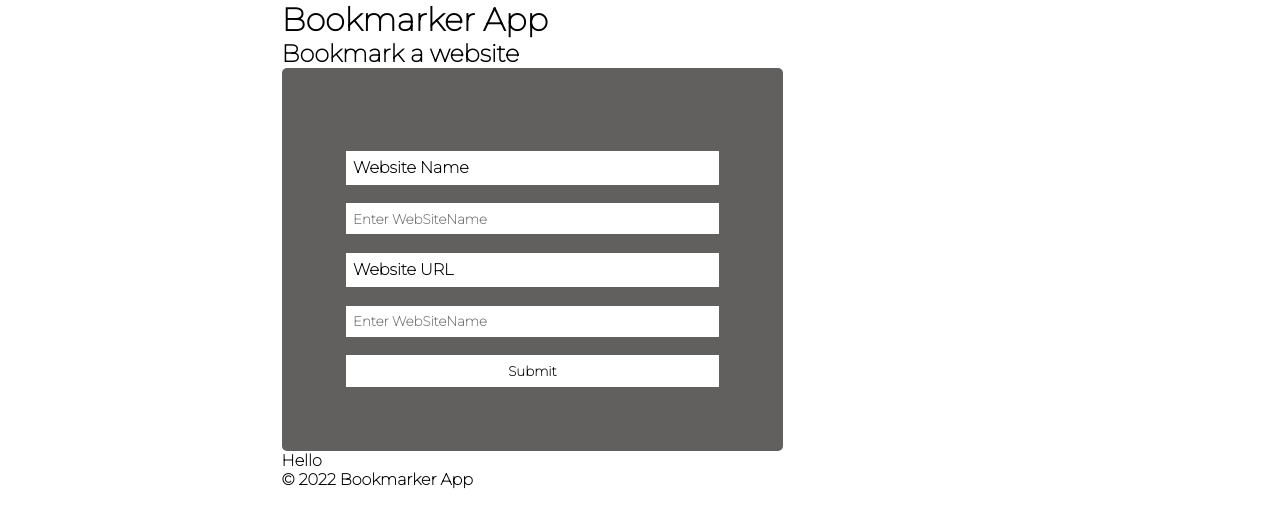
Repository: Suporl9/BookMarkerApp
Page: index.html
An editor plug-in stored every save of this project. The page is shown before and after the next save, followed by the edit.
The browser window is 1280 px wide. The pictures show the whole page.

Above is the page before, as saved 2021-11-21 20:43:30.

### index.html
<!DOCTYPE html>
<html lang="en">
  <head>
    <meta charset="UTF-8" />
    <meta http-equiv="X-UA-Compatible" content="IE=edge" />
    <meta name="viewport" content="width=device-width, initial-scale=1.0" />
    <link rel="stylesheet" href="./style.css" />
    <title>Document</title>
  </head>
  <body>
    <div class="container">
      <div class="innerContainer">
        <div class="bookmarkerSection"><h1>Bookmarker App</h1></div>
        <div class="vh"></div>
        <div class="formInput">
          <form class="formSec">
            <h2>Bookmark a website</h2>
            <div class="sitesec">
              <label class="labc" name="siteName">Website Name</label>
              <input
                type="text"
                name="sitename"
                placeholder="Enter WebSiteName"
                class="inpClass"
              />
              <label class="labc" name="siteName">Website URL</label>
              <input
                type="text"
                name="sitename"
                class="inpClass"
                placeholder="Enter WebSiteName"
              />
              <button class="submBtn">Submit</button>
            </div>
          </form>
        </div>
        <div class="toBeAdded">Hello</div>
        <footer class="footer">
          <p>&copy; 2022 Bookmarker App</p>
        </footer>
      </div>
    </div>
  </body>
</html>

### style.css
@import url("https://fonts.googleapis.com/css2?family=Montserrat:wght@100&display=swap");

:root {
  --main-bg-color: rgb(255, 255, 255);
  --main-grey: rgb(97, 96, 95);
}
* {
  background-color: var(--main-bg-color);
  font-family: "Montserrat", sans-serif;
  box-sizing: border-box; /* includes padding in height and width(the box outside doesnot get bigger when adding padding and stuff)*/
  margin: 0;
  padding: 0;
  font-weight: bold;
  border: none;
}
.container {
  margin: auto;
  width: 80%;
  display: flex;
  justify-content: center;
}
.innerContainer,
.formSec {
  display: flex;
  flex-direction: column;
  width: 70%;
}
.sitesec {
  display: flex;
  flex-direction: column;
  background-color: var(--main-grey);
  padding: 4rem;
  border-radius: 5px;
}
.submBtn {
  margin-top: 5%;
  padding: 0.5rem;
}
.inpClass,
.labc {
  margin-top: 5%;
  padding: 2%;
}
/* .formSec,
.sitesec {
  display: flex;
  flex-direction: column;
} */
/* .sitesec {
  display: flex;
  flex-direction: column;
}
 */

After the next save:
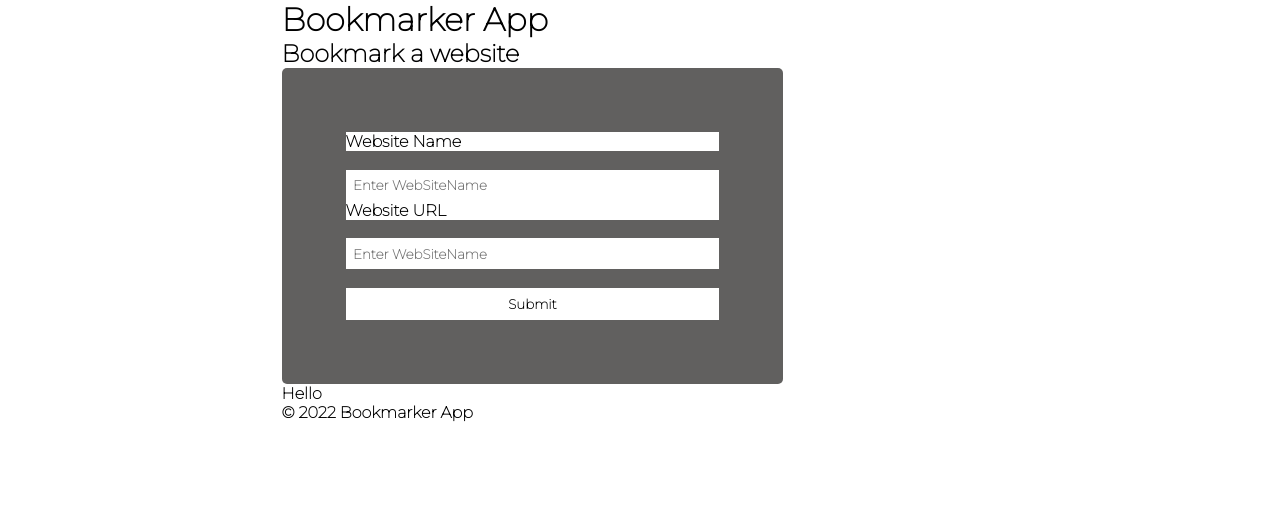
Saved 72 s later.
--- a/style.css
+++ b/style.css
@@ -36,8 +36,7 @@
   margin-top: 5%;
   padding: 0.5rem;
 }
-.inpClass,
-.labc {
+.inpClass {
   margin-top: 5%;
   padding: 2%;
 }
